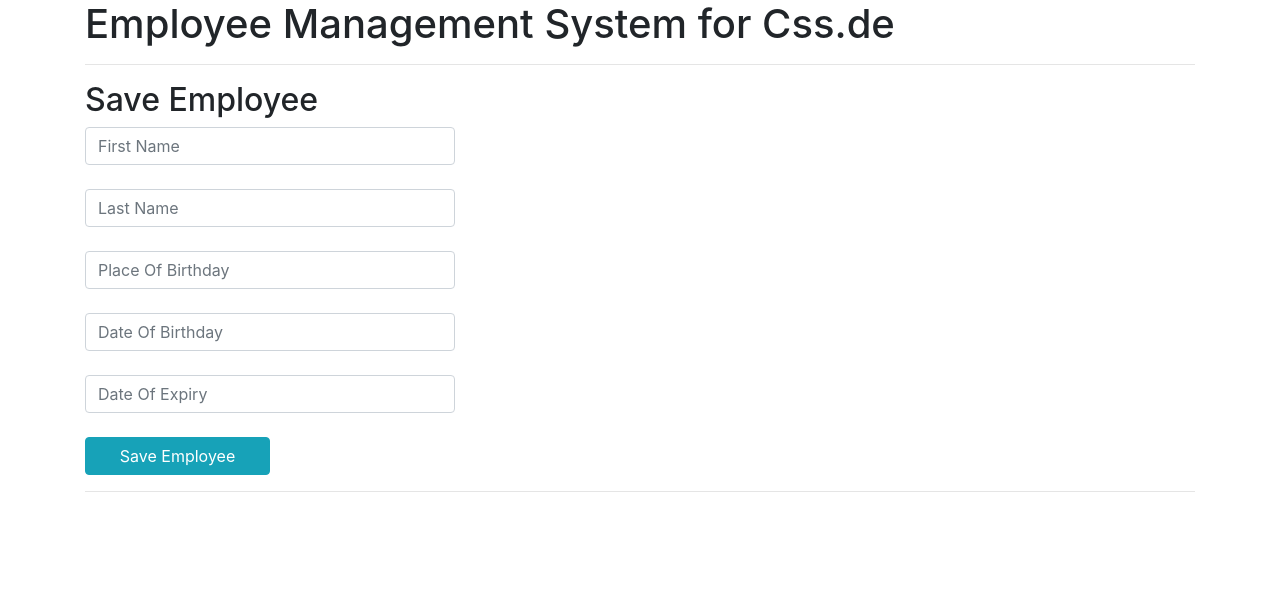
Repository: Len2/Topic4
Page: src/main/resources/templates/newIdCard.html
The author's editor kept a copy of each file at every save. The page is drawn from the files as they stood at one save, then again after the next save.
The browser window is 1280 px wide. The pictures show the whole page.

Above is the page before, as saved 2020-09-06 17:44:09.

### src/main/resources/templates/newIdCard.html
<!DOCTYPE html>
<html lang="en" xmlns:th="http://www.thymeleaf.org">
<head>
<meta charset="ISO-8859-1">
<title>Employee Management System for Css.de</title>
<link rel="stylesheet"
	href="https://stackpath.bootstrapcdn.com/bootstrap/4.1.3/css/bootstrap.min.css"
	integrity="sha384-MCw98/SFnGE8fJT3GXwEOngsV7Zt27NXFoaoApmYm81iuXoPkFOJwJ8ERdknLPMO"
	crossorigin="anonymous">
</head>
<body>
	<div class="container">
		<h1>Employee Management System for Css.de</h1>
		<hr>
		<h2>Save Employee</h2>

		<form action="#" th:action="@{/saveIdCard}" th:object="${identity_card}"
            method="POST">

            <!-- <input type="text" th:field="*{id}" /> -->
			<input type="text" th:field="*{firstName}"
            placeholder="First Name" class="form-control mb-4 col-4">

            <input type="text" th:field="*{lastName}"
            placeholder="Last Name" class="form-control mb-4 col-4">

            <input type="text" th:field="*{placeOfBirthday}"
            placeholder="Place Of Birthday" class="form-control mb-4 col-4">

            <input type="datetime" th:field="*{dateOfBirthday}"
            placeholder="Date Of Birthday" class="form-control mb-4 col-4">

            <input type="datetime" th:field="*{dateOfExpiry}"
            placeholder="Date Of Expiry" class="form-control mb-4 col-4">

				<button type="submit" class="btn btn-info col-2"> Save Employee</button>
		</form>

		<hr>

		<!-- <a th:href = "@{/}"> Back to Employee List</a> -->
	</div>
</body>
</html>

After the next save:
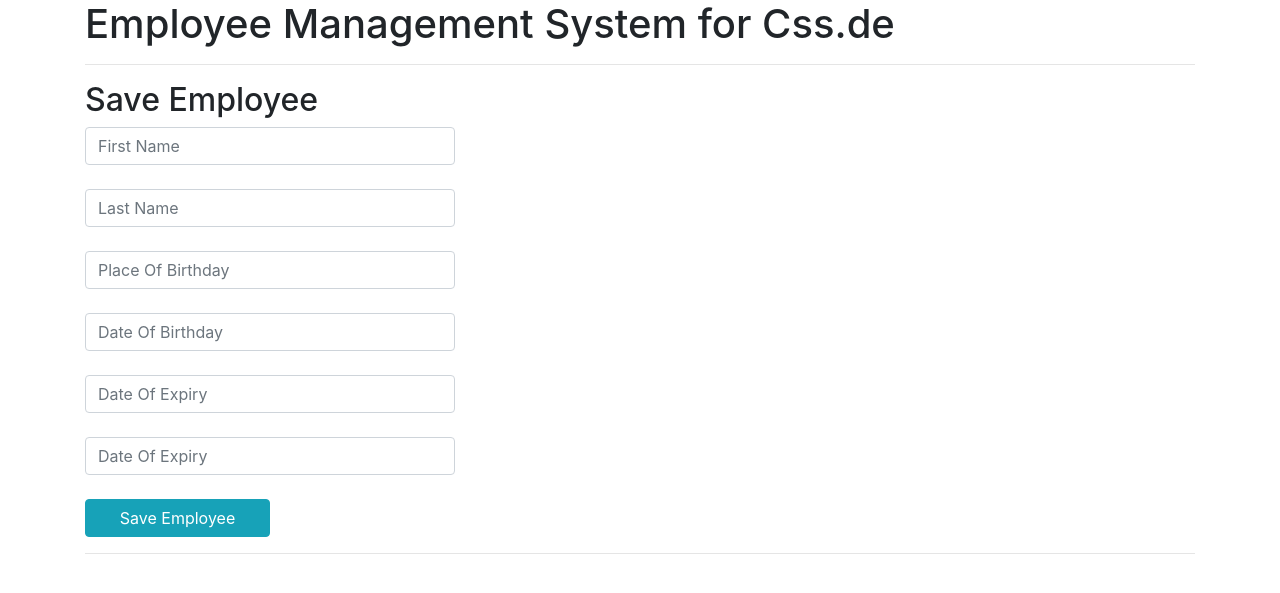
Saved 2 min 22 s later.
--- a/src/main/resources/templates/newIdCard.html
+++ b/src/main/resources/templates/newIdCard.html
@@ -33,6 +33,9 @@
             <input type="datetime" th:field="*{dateOfExpiry}"
             placeholder="Date Of Expiry" class="form-control mb-4 col-4">
 
+            <input type="datetime" th:field="*{dateOfExpiry}"
+            placeholder="Date Of Expiry" class="form-control mb-4 col-4">
+
 				<button type="submit" class="btn btn-info col-2"> Save Employee</button>
 		</form>
 
